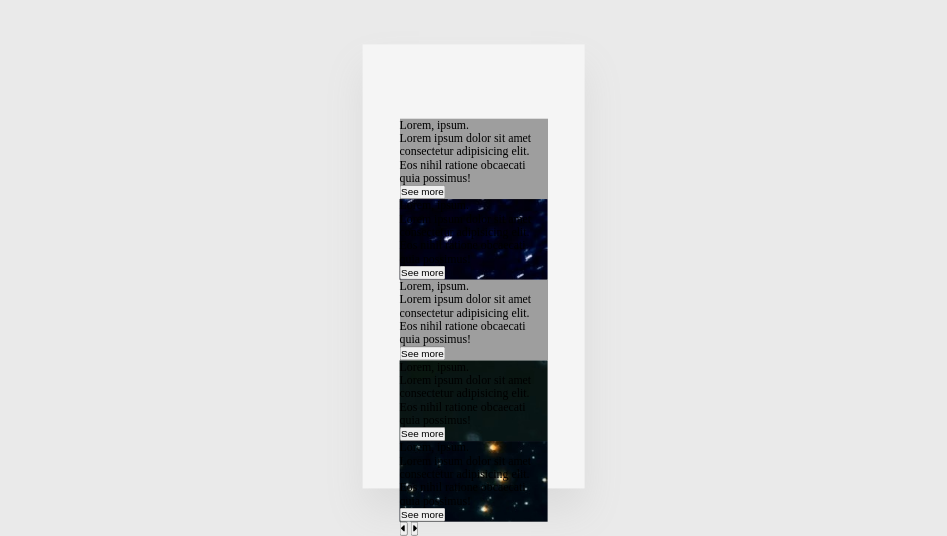
Repository: zeinawady/-Image-Slider-Project
Page: index.html
The author's editor kept a copy of each file at every save. The page is drawn from the files as they stood at one save, then again after the next save.
The browser window is 1280 px wide. The pictures show the whole page, at 74% of full size.
Pictures or frames that could not be fetched are drawn as grey boxes.

Above is the page before, as saved 2024-09-19 16:22:08.

After the next save:
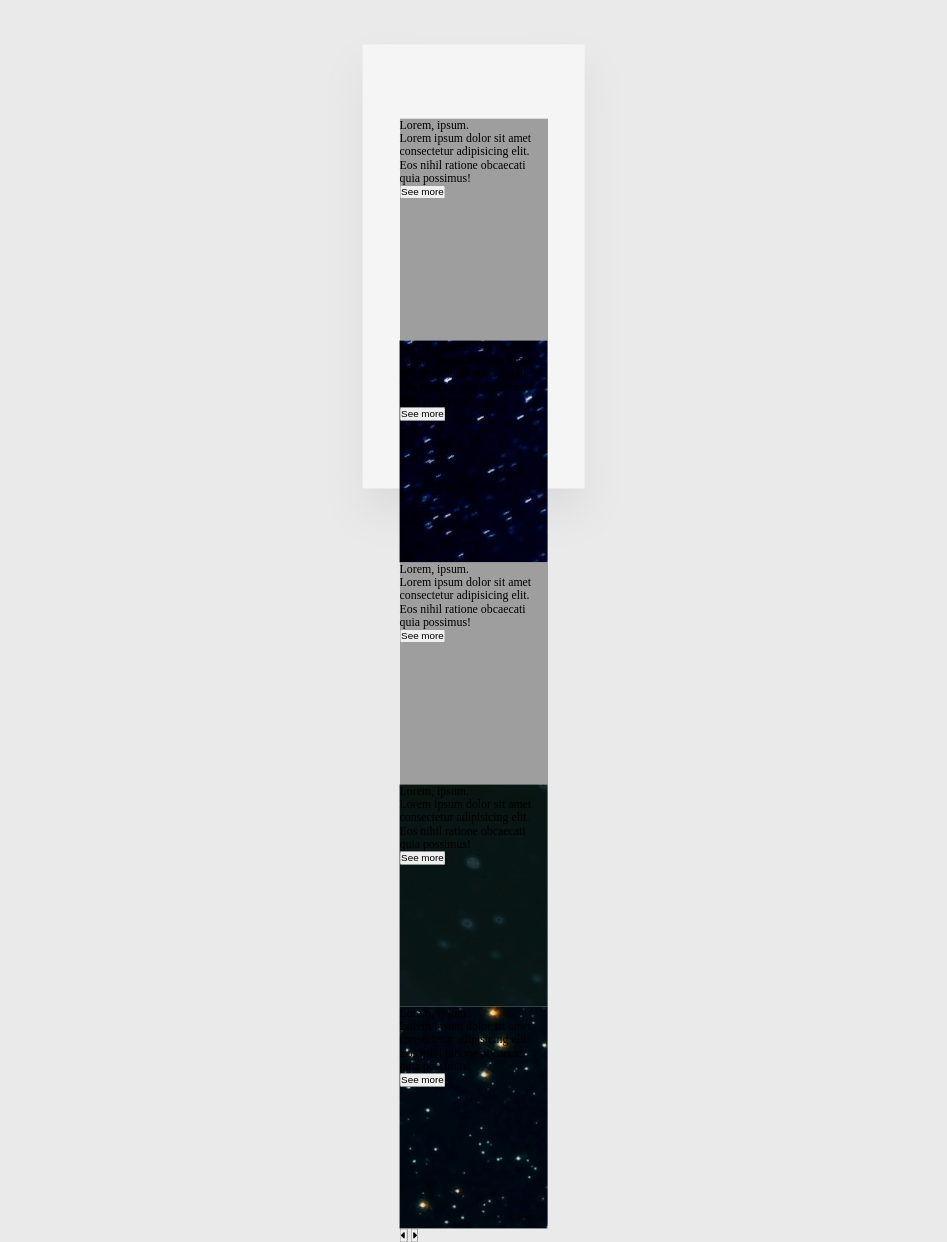
Saved 8 s later.
--- a/css/style.css
+++ b/css/style.css
@@ -41,4 +41,6 @@ body{
 }
 .item{
     max-width: 200px;
+    height: 300px;
+    bac
 }
